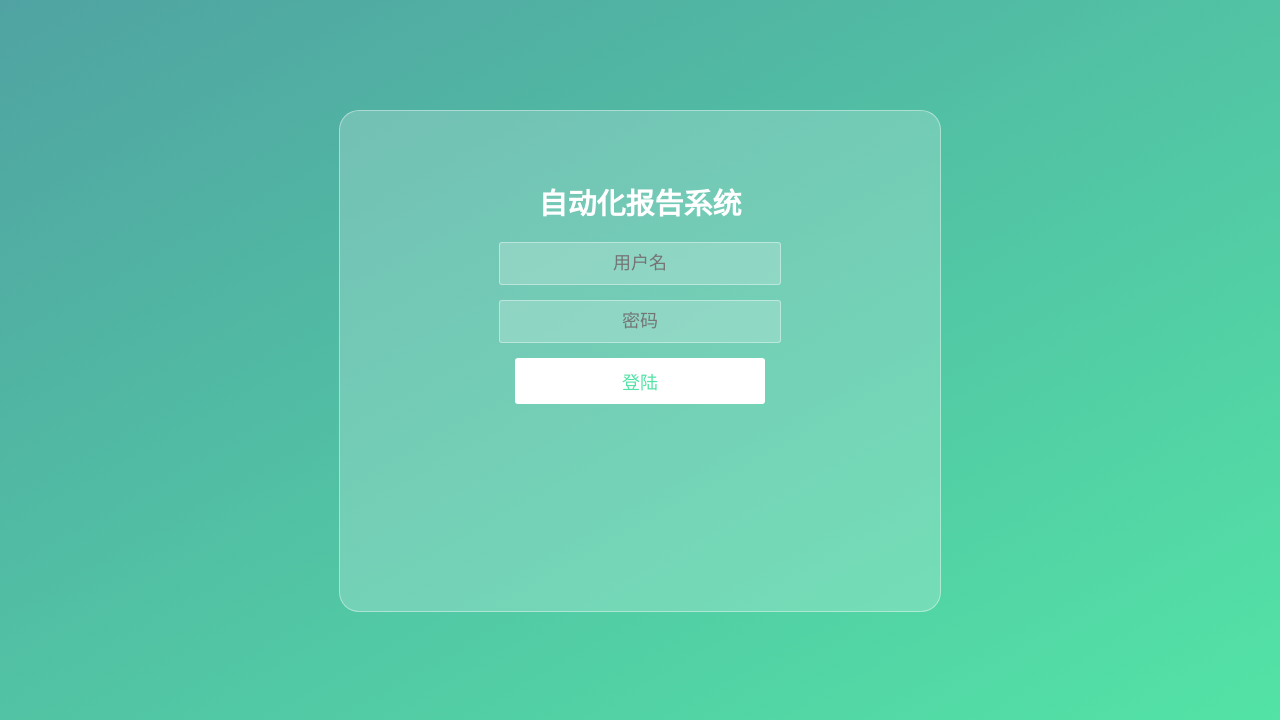
Repository: gengshaopeng123/report_test
Page: / (app in front/)
The author's editor kept a copy of each file at every save. The page is drawn from the files as they stood at one save, then again after the next save.
The browser window is 1280 px wide. The pictures show the whole page.
The project was rebuilt for these pictures with package versions that can differ from the ones it lists, and the page was loaded fresh each time. Also part of the build but not shown: front/src/components/indexComponent/Mangent.vue, front/src/components/index.vue, front/src/components/error.vue, front/src/components/indexComponent/first.vue, front/src/components/indexComponent/waitreport.vue, front/src/components/indexComponent/finishreport.vue, front/src/components/indexComponent/doreport.vue, front/src/components/indexComponent/filtersite.vue and 6 more.

Above is the page before, as saved 2020-03-09 13:57:47.

### front/index.html
<!DOCTYPE html>
<html>
  <head>
    <meta charset="utf-8">
    <meta name="viewport" content="width=device-width,initial-scale=1.0">

    <link rel="shortcut icon" type="image/x-icon" href="./static/favicon.ico" rel="external nofollow" />
    <title>自动化报告系统</title>
    <style>
    body,html{
      padding: 0;
      margin: 0;
    }
    </style>
  </head>
  <body>
    <div id="app"></div>
    <!-- built files will be auto injected -->
  </body>
</html>

### front/src/main.js
// The Vue build version to load with the `import` command
// (runtime-only or standalone) has been set in webpack.base.conf with an alias.
import Vue from 'vue'
import App from './App'
import router from './router'
import ElementUI from 'element-ui'
import 'element-ui/lib/theme-chalk/index.css'  //单独引入样式文件
import http from './api/http';
import Vuex from 'vuex';
import store from "../src/store"
Vue.prototype.http=http
Vue.use(ElementUI)
Vue.use(Vuex);
Vue.config.productionTip = false
/* eslint-disable no-new */
new Vue({
  el: '#app',
  router,
  store,
  components: { App },
  template: '<App/>'
})

### front/src/App.vue
<template>
  <div id="app">
    <router-view/>
  </div>
</template>

<script>
export default {
  name: 'App'
}
</script>
<style lang="less" >
#app{
  font-family: "Helvetica Neue",Helvetica,"PingFang SC","Hiragino Sans GB","Microsoft YaHei","微软雅黑",Arial,sans-serif;
    .ydylinput{
      width:100px;
      .el-input__inner{
        width:100px!important;
       height:40px!important;
       line-height:40px!important;
      }
    }
        .ydylinput2{
      width:150px;
      .el-input__inner{
        width:150px!important;
       height:40px!important;
       line-height:40px!important;
      }
    }
  //   .el-input__inner{
  //      width:250px!important;
  //      height:30px!important;
  //      line-height:30px!important;
  // }
    // .el-input__suffix{
    //   height:30px!important;
    // }
    // .el-input__icon{
    //   line-height:40px;
    // }
    .el-collapse-item__header{
      font-size:18px;
      color:#409eff;
      width:600px;
      // border:none;
    }
    .el-collapse-item__arrow{
      margin:0!important;
      border:none;
    }
}

</style>

### front/src/router/index.js
import Vue from 'vue'
import Router from 'vue-router'
import Mangent from '@/components/indexComponent/Mangent'
import login from '@/components/login'
import index from '@/components/index'
import error from '@/components/error'
import first from '@/components/indexComponent/first'
import waitreport from '@/components/indexComponent/waitreport'
import finishreport from '@/components/indexComponent/finishreport'
import doreport from '@/components/indexComponent/doreport'
import filtersite from '@/components/indexComponent/filtersite'
import reportdetail from '@/components/indexComponent/reportdetail'
import deletereport from '@/components/indexComponent/deletereport'
import handlereport from '@/components/indexComponent/handlereport'
import rizhi from '@/components/indexComponent/rizhi'
import store from '../store'
import mkmanagement from '@/components/indexComponent/Module management/index'
import mbmanagement from '@/components/indexComponent/TemplateManagement/index'
import { throws } from 'assert'
Vue.use(Router)

var Router1= new Router(
  {
    mode:'history',
    routes: [
      {
        path: '/',
        redirect:"/login"
      },
      {
        path: '',
        redirect:"/login"
      },
      {
        path: '/login',
        name:'login',
        component: login
      },

      {
        path: '/index',
        name: 'index',
        component: index,
        redirect:'/index/first',
        children:[
          {
              path: '/index/first',
              name: 'first',
              component: first
          },
          {
            path:'/index/mkmanagement',
            name:'mkmanagement',
            component:mkmanagement
        },
        {
          path:'/index/mbmanagement',
          name:'mbmanagement',
          component:mbmanagement
       },

          {
            path: '/index/Mangent',
            name: 'Mangent',
            component: Mangent,
            redirect:"/index/Mangent/waitreport",
            children:[
              {
                path: '/index/Mangent/waitreport',
                name: 'waitreport',
                component: waitreport,
              },
              {
                path: '/index/Mangent/handlereport',
                name: 'handlereport',
                component: handlereport,
              },
              {
                path: '/index/Mangent/finishreport',
                name: 'finishreport',
                component: finishreport,
              },
              {
                path: '/index/Mangent/deletereport',
                name: 'finishreport',
                component: deletereport,
              },
              {
                path: '/index/Mangent/doreport',
                name: 'doreport',
                component: doreport,
              },
              {
                path: '/index/Mangent/filtersite',
                name: 'filtersite',
                component: filtersite,
              },
              {
                path: '/index/Mangent/reportdetail',
                name: 'reportdetail',
                component: reportdetail,
              },
              {
                path:'/index/rizhi',
                name:'rizhi',
                component:rizhi
            },
            ]
          }
        ]
      },
      {
        path:'*',
        name:'error',
        component:error
      }
    ]
  }
)

Router1.beforeEach((to, from, next) => {
 if(to.fullPath=="/login"){
   next()
 }
  if(store.state.name==''||store.state.name==null||store.state.name==undefined){
    next('/login')
  }else{
    next()
  }

})
export default Router1

### front/src/api/http.js
import axios from 'axios'
import Qs from 'qs'
import { Message } from 'element-ui';  //element库的消息提示，可以不用
//创建axios实例
var service = axios.create({
        headers: {
        'content-type': 'application/x-www-form-urlencoded'
    }
})
export default {
    //get请求，其他类型请求复制粘贴，修改method
    get(url1, param,set) {
        console.log(param)
        return new Promise((cback, reject) => {
            service({
                method: 'get',
                url:url1,
                params: param,
                responseType:set
            }).then(res => {
                var res_code = res.status.toString();
                if (res_code.charAt(0) == 2) {
                    cback(res);   //cback在promise执行器内部
                } else {
                    console.log(res, '异常1')
                }
            }).catch(err => {
                if (!err.response) {
                    Message({
                        showClose: true,
                        message: '请求错误',
                        type: 'error'
                    });
                } else {
                    reject(err.response);
                    console.log(err.response, '异常2')
                }
            })

        })
    },
    post(url1, param) {
        console.log(param)
        return new Promise((cback, reject) => {
            service({
                method: 'POST',
                url:url1,
                data:Qs.stringify(param),
            }).then(res => {
                    cback(res);   //cback在promise执行器内部
            }).catch(err => {

                    Message({
                        showClose: true,
                        message: '请求错误',
                        type: 'error'
                    });

            reject(err.response);
            })

        })
    }
}

### front/src/store.js
import Vue from "vue";
import Vuex from 'vuex';
Vue.use(Vuex);
let nameVal=localStorage.getItem('username');
let yulanVal=localStorage.getItem('yulanid');
let state={
    name:nameVal,
    yulanid:yulanVal
}
let mutations={
    changeState:(state,val)=>{

        state.name=val
    },
    changeStateyulan:(state,val)=>{
        state.yulanid=val
    },

}
let getter={

}
export default new Vuex.Store({
    state,
    mutations,
    getter,
})

### front/src/components/login.vue
<template>
 <div class="wrapper" ng-class="{'form-success':ctrl.showlogin}">
    <div class="container">
        <h1>自动化报告系统</h1>
        <form class="form">
            <input type="text" v-model="userid" placeholder="用户名">
            <input type="password" v-model="password" placeholder="密码">
            <button type="submit" id="login-button" @click="login()">登陆</button>
        </form>
    </div>
</div>
</template>

<script>
import Axios from 'axios'
export default {
  name: 'first',
 data() {
      return {
          userid:'',
          password:'',

      }
    },
  mounted(){

  } ,
  methods:{
    login(){
           this.http.get('/api/sign/login',{username:this.userid,password:this.password}).then((data)=>{
          console.log(data)
          },(err)=>{
            console.log(err)
          })
    }
  }
}
</script>

<!-- Add "scoped" attribute to limit CSS to this component only -->
<style scoped>
.wrapper{
  background: #223131;
  background: -webkit-linear-gradient(top left, #50a3a2 0%, #53e3a6 100%);
  background: linear-gradient(to bottom right, #50a3a2 0%, #53e3a6 100%);
  position: absolute;
  left: 0;
  width: 100%;
  height: 100%;
  overflow: hidden;
  margin: 0;
  display: block;
  top: 0;
}
.container {
  max-width: 600px;
  margin: 0 auto;
  padding: 50px 0;
  height: 400px;
  text-align: center;
  border: 1px solid rgba(255, 255, 255, 0.4);
  background-color: rgba(255, 255, 255, 0.2);
  border-radius: 20px;
  z-index:2;
  position: relative;
  top:50%;
  margin-top:-250px;

}
.container:hover {
 border-color:#53e3a6;

}
.container h1 {
  color: #fff;
  font-size: 29px;
  position: relative;
  z-index: 3;
}
form input {
  -webkit-appearance: none;
  -moz-appearance: none;
  appearance: none;
  outline: 0;
  border: 1px solid rgba(255, 255, 255, 0.4);
  background-color: rgba(255, 255, 255, 0.2);
  width: 250px;
  border-radius: 3px;
  padding: 10px 15px;
  margin: 0 auto 15px auto;
  display: block;
  text-align: center;
  font-size: 18px;
  color: white;
  -webkit-transition-duration: 0.25s;
  transition-duration: 0.25s;
  font-weight: 300;
}

form input:hover {
  background-color: rgba(255, 255, 255, 0.4);
}

form input:focus {
  background-color: white;
  width: 300px;
  color: #53e3a6;
}

form button {
  -webkit-appearance: none;
  -moz-appearance: none;
  appearance: none;
  outline: 0;
  background-color: white;
  border: 0;
  padding: 10px 15px;
  color: #53e3a6;
  border-radius: 3px;
  width: 250px;
  cursor: pointer;
  font-size: 18px;
  -webkit-transition-duration: 0.25s;
  transition-duration: 0.25s;
}

form button:hover {
  background-color: #f5f7f9;
}
</style>

After the next save:
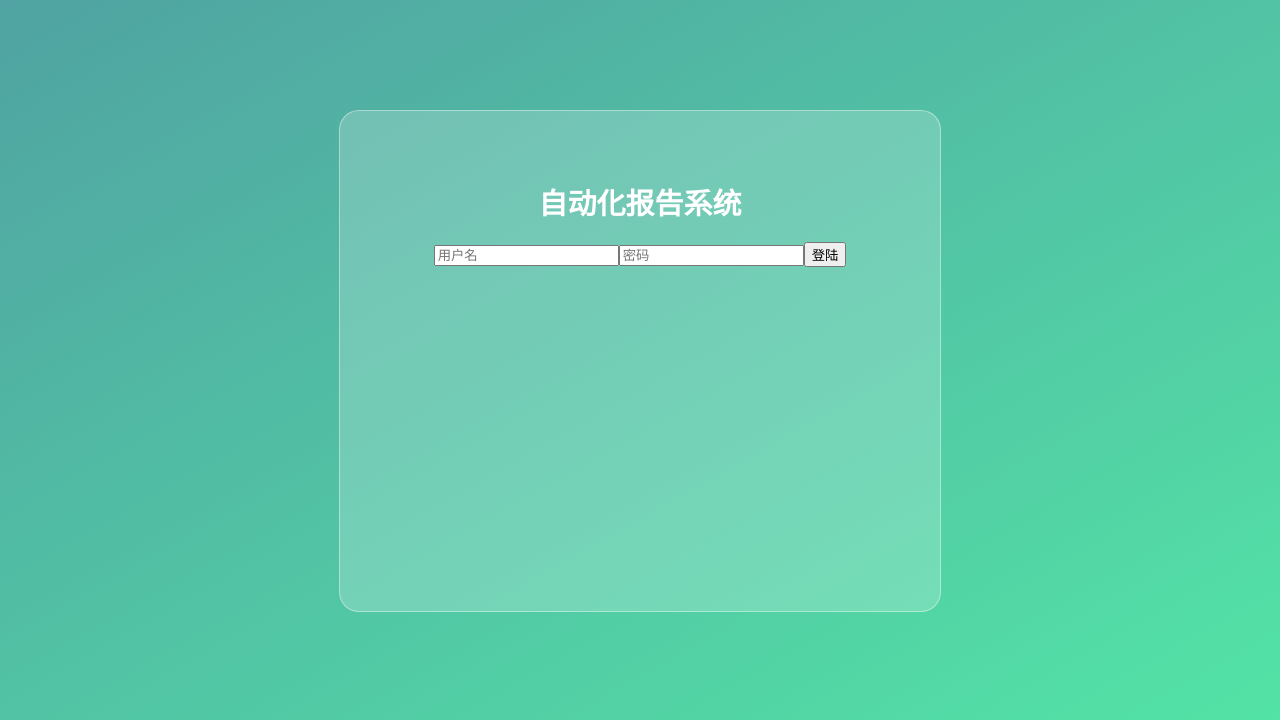
Saved 22 s later.
--- a/front/src/components/login.vue
+++ b/front/src/components/login.vue
@@ -2,11 +2,11 @@
  <div class="wrapper" ng-class="{'form-success':ctrl.showlogin}">
     <div class="container">
         <h1>自动化报告系统</h1>
-        <form class="form">
+        <div class="form">
             <input type="text" v-model="userid" placeholder="用户名">
             <input type="password" v-model="password" placeholder="密码">
             <button type="submit" id="login-button" @click="login()">登陆</button>
-        </form>
+        </div>
     </div>
 </div>
 </template>

After the save that followed:
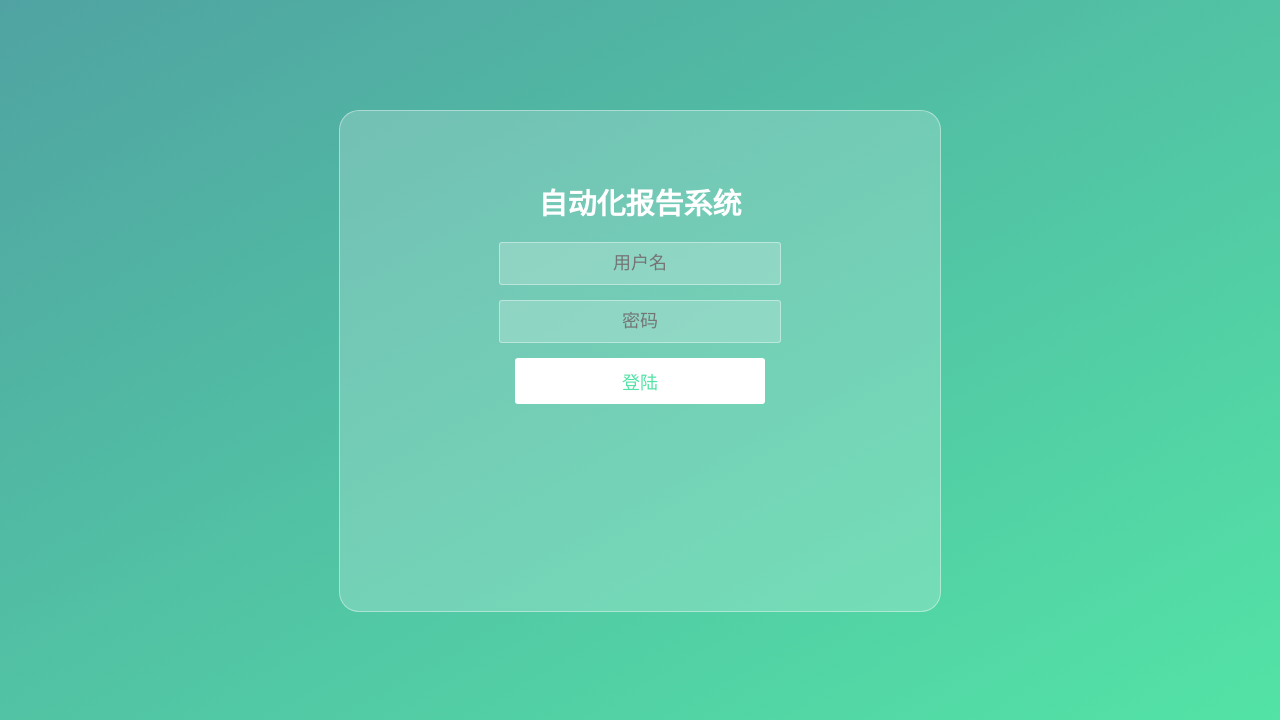
Saved 22 s later.
--- a/front/src/components/login.vue
+++ b/front/src/components/login.vue
@@ -77,7 +77,7 @@ export default {
   position: relative;
   z-index: 3;
 }
-form input {
+.form input {
   -webkit-appearance: none;
   -moz-appearance: none;
   appearance: none;
@@ -97,17 +97,17 @@ form input {
   font-weight: 300;
 }
 
-form input:hover {
+.form input:hover {
   background-color: rgba(255, 255, 255, 0.4);
 }
 
-form input:focus {
+.form input:focus {
   background-color: white;
   width: 300px;
   color: #53e3a6;
 }
 
-form button {
+.form button {
   -webkit-appearance: none;
   -moz-appearance: none;
   appearance: none;
@@ -124,7 +124,7 @@ form button {
   transition-duration: 0.25s;
 }
 
-form button:hover {
+.form button:hover {
   background-color: #f5f7f9;
 }
 </style>
